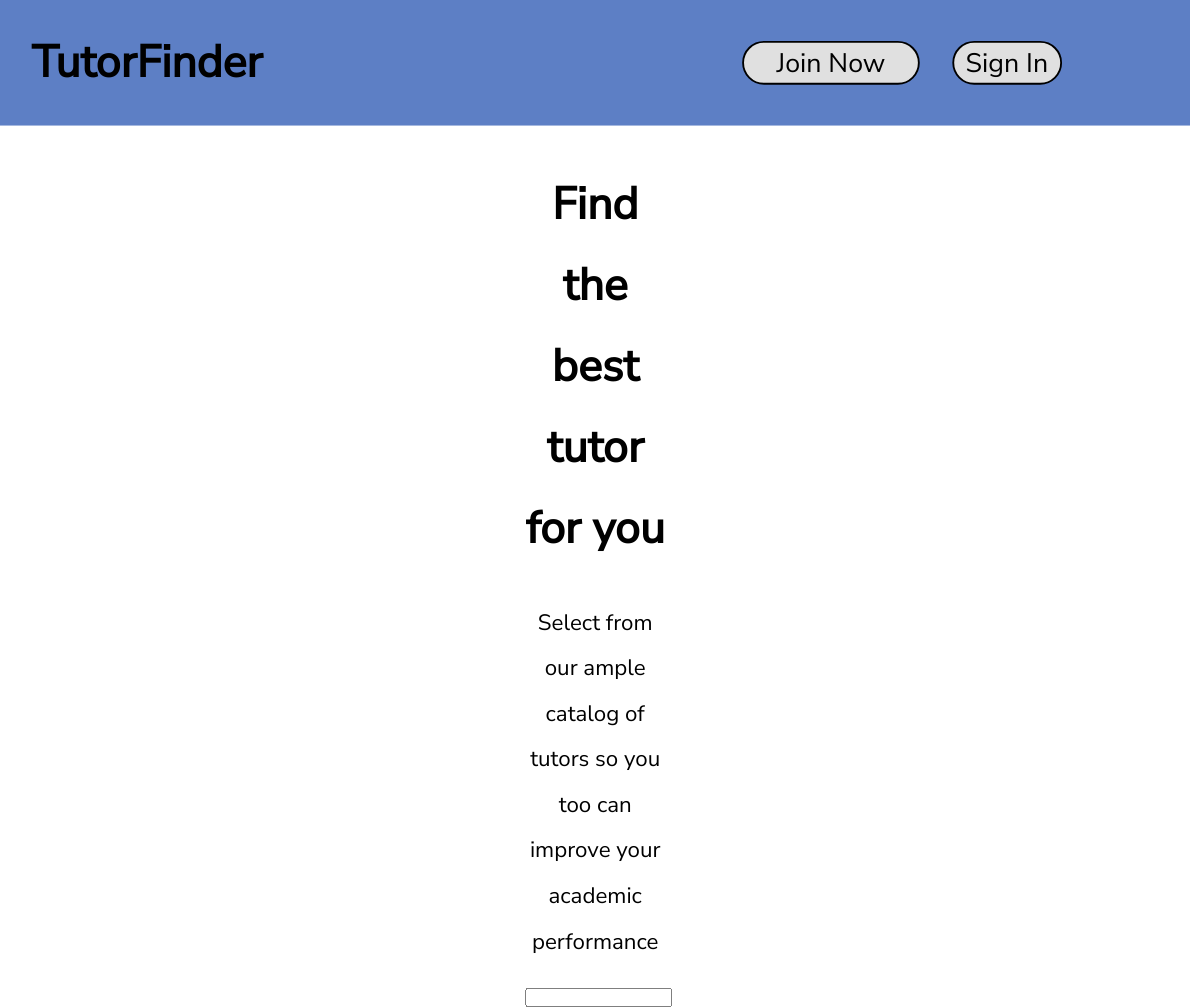
Repository: uprm-inso-4117-2020-2021-s2/semester-project-uprm-inso-4117-2020-2021-s2-team-7
Page: / (app in tutorfinder/)
These files come from the project's save history. The page is drawn as it stood at one moment and after the next save; the edit follows.
The browser window is 1280 px wide. The pictures show the whole page, at 93% of full size.
The project was rebuilt for these pictures with package versions that can differ from the ones it lists, and the page was loaded fresh each time. Also part of the build but not shown: tutorfinder/src/App.css.

Above is the page before, as saved 2021-03-29 23:42:53.

After the next save:
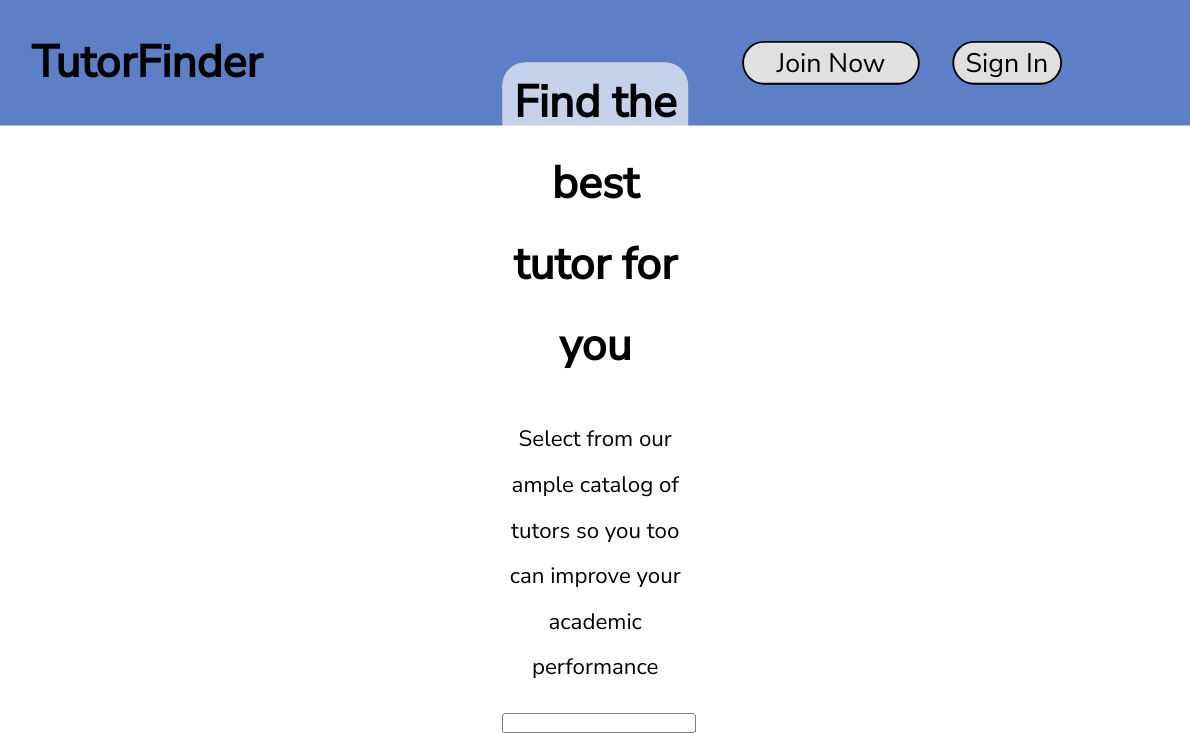
Saved 17 s later.
--- a/tutorfinder/src/Welcome.css
+++ b/tutorfinder/src/Welcome.css
@@ -9,13 +9,7 @@ position:relative;
 }
 
 .content{
-    position:absolute;
-top:50%;
-left:50%;
-width :200px;
-height:200px;
-margin-left:-100px;
-margin-top:-100px;
+
 }
 
 .square{
@@ -33,6 +27,13 @@ text-align: center;
     height:50%;
     margin-left:-37.5%;
     margin-top:5%;
+    position:absolute;
+    top:50%;
+    left:50%;
+    width :200px;
+    height:200px;
+    margin-left:-100px;
+    margin-top:-100px;
 }
 
 .search{
